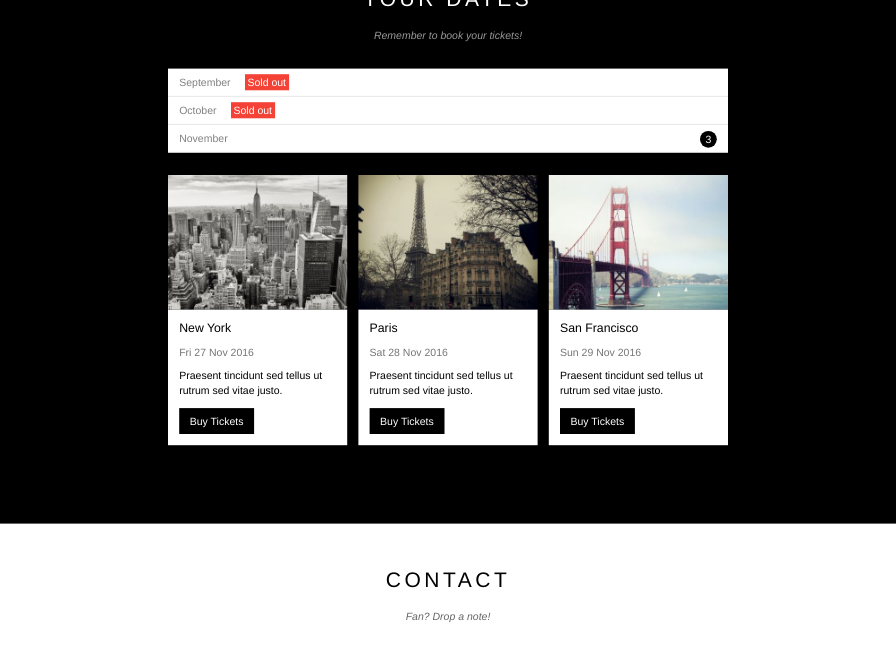
Repository: anhviet-key/hello-cac-ban
Page: HTMS_CSS ZERO 0/index.html
These files come from the project's save history. The page is drawn as it stood at one moment and after the next save; the edit follows.
The browser window is 1280 px wide. The pictures show the part of the page from y = 1440 to 3360 px (the page is 2392 px tall before and 3425 px after), at 70% of full size.

Above is the page before, as saved 2021-10-08 13:19:52.

### HTMS_CSS ZERO 0/index.html
<!DOCTYPE html>
<html lang="en">

<head>
    <meta charset="UTF-8">
    <meta http-equiv="X-UA-Compatible" content="IE=edge">
    <meta name="viewport" content="width=device-width, initial-scale=1.0">
    <title>Document</title>
    <link rel="stylesheet" href="./assets/css/style.css">
    <link rel="stylesheet" href="./assets/icon/themify-icons/themify-icons.css">
</head>

<body>
    <!--TODO: Let`s go-->
    <div id="main">
        <div id="header">
            <ul id="nav">
                <li>
                    <a href="#">Home</a>
                </li>
                <li>
                    <a href="#">Band</a>
                </li>
                <li>
                    <a href="#">Tour</a>
                </li>
                <li>
                    <a href="#">Contact</a>
                </li>
                <li>
                    <a href="#">
                        More
                        <i class="nav-down ti-angle-down"></i>
                    </a>
                    <ul class="subnav">
                        <li>
                            <a href="">Merchandise</a>
                        </li>
                        <li>
                            <a href="">Extras</a>
                        </li>
                        <li>
                            <a href="">Media</a>
                        </li>
                    </ul>
                </li>
            </ul>
            <div class="search-btn">
                <i class="search-icon ti-search"></i>
            </div>
        </div>
        <div id="slider">
            <div class="text-content">
                <h2 class="text-heading">New York</h2>
                <p class="text-decoration">The atmosphere in New York is lorem ipsum.</p>
            </div>
        </div>
        <div id="content">
            <!-- The band -->
            <div class="content-section">
                <h2 class="section-heading">THE BAND</h2>
                <p class="sub-heading">We love music</p>
                <p class="about-text">We have created a fictional band website. Lorem ipsum dolor sit amet, consectetur adipiscing elit, sed do eiusmod tempor incididunt ut labore et dolore magna aliqua. Ut enim ad minim veniam, quis nostrud exercitation ullamco laboris nisi
                    ut aliquip ex ea commodo consequat. Duis aute irure dolor in reprehenderit in voluptate velit esse cillum dolore eu fugiat nulla pariatur. Excepteur sint occaecat cupidatat non proident, sunt in culpa qui officia deserunt mollit anim
                    id est laborum consectetur adipiscing elit, sed do eiusmod tempor incididunt ut labore et dolore magna aliqua. Ut enim ad minim veniam, quis nostrud exercitation ullamco laboris nisi ut aliquip ex ea commodo consequat.</p>
                <div class="member-list">
                    <div class="member-item">
                        <p class="member-name">Name</p>
                        <img src="./assets/img/bandmember.jpg" alt="error" class="member-img">
                    </div>
                    <div class="member-item">
                        <p class="member-name">Name</p>
                        <img src="./assets/img/bandmember.jpg" alt="error" class="member-img">
                    </div>
                    <div class="member-item">
                        <p class="member-name">Name</p>
                        <img src="./assets/img/bandmember.jpg" alt="error" class="member-img">
                    </div>
                    <div class="clear"></div>
                </div>
            </div>
            <!-- Tour -->
            <div class="tour-section">
                <div class="content-section">
                    <h2 class="section-heading">TOUR DATES</h2>
                    <p class="sub-heading">Remember to book your tickets!</p>
                    <!-- Tickit  -->
                    <ul class="ticket-list">
                        <li>September <span class="Sold-out">Sold out</span></li>
                        <li>October <span class="Sold-out">Sold out</span></li>
                        <li>November <span class="quantity">3</span></li>
                    </ul>
                    <!-- Places   -->
                    <div class="place-list">
                        <div class="place-item">
                            <img src="./assets/img/Places/newyork.jpg" alt="newyork" class="place-img">
                            <div class="place-content">
                                <h3 class="place-heading">New York</h3>
                                <p class="place-time">Fri 27 Nov 2016</p>
                                <p class="place-desc">Praesent tincidunt sed tellus ut rutrum sed vitae justo.</p>
                                <a href="#" class="place-buy-btn">Buy Tickets</a>
                            </div>
                        </div>
                        <div class="place-item">
                            <img src="./assets/img/Places/paris.jpg" alt="paris" class="place-img">
                            <div class="place-content">
                                <h3 class="place-heading">Paris</h3>
                                <p class="place-time">Sat 28 Nov 2016</p>
                                <p class="place-desc">Praesent tincidunt sed tellus ut rutrum sed vitae justo.</p>
                                <a href="#" class="place-buy-btn">Buy Tickets</a>
                            </div>
                        </div>
                        <div class="place-item">
                            <img src="./assets/img/Places/sanfran.jpg" alt="sanfran" class="place-img">
                            <div class="place-content">
                                <h3 class="place-heading">San Francisco</h3>
                                <p class="place-time">Sun 29 Nov 2016</p>
                                <p class="place-desc">Praesent tincidunt sed tellus ut rutrum sed vitae justo.</p>
                                <a href="#" class="place-buy-btn">Buy Tickets</a>
                            </div>
                        </div>
                        <div class="clear"></div>
                    </div>

                </div>
            </div>
            <!-- Contact -->
            <div class="content-section">
                <h2 class="section-heading">CONTACT</h2>
                <p class="sub-heading">Fan? Drop a note!</p>
            </div>
        </div>
        <div id="footer">
            <div>

            </div>
        </div>

    </div>
    <div class="model">
        <div class="model-container">
            <div class="model-close">
                <i class="ti-close"></i>
            </div>
            <header class="model-header">
                <i class="ti-bag"></i> Tickets
            </header>
            <div class="model-body">
                <label for="tiket-number" class="model-label">
                    <i class="ti-shopping-cart"></i>
                    Tickets, $15 per person
                </label>
                <input id="tiket-number" class="model-input" placeholder="How many?"></input>

                <label for="tiket-email" class="model-label">
                    <i class="ti-user"></i>
                    Send to
                </label>
                <input id="tiket-email" class="model-input" placeholder="Enter emal..."></input>
                <button id="buy-tickets">
                    Pay
                    <i class="ti-check"></i>
                </button>
            </div>
            <footer class="model-footer">
                <p class="model-help">Need
                    <a href="#">help?</a>
                </p>
            </footer>
        </div>
    </div>
</body>

</html>

### HTMS_CSS ZERO 0/assets/css/style.css
* {
    margin: 0;
    padding: 0;
    box-sizing: border-box;
}

html {
    font-family: helvetica, arial, sans-serif;
}

.clear {
    clear: both;
}

#main {}

#header {
    height: 46px;
    background-color: black;
    position: sticky;
    top: 0;
    left: 0;
    right: 0;
    z-index: 1;
    /* fixed, width: 100%; */
}

#nav {
    display: inline-block;
}

#nav,
.subnav {
    list-style-type: none;
}

#nav>li {
    display: inline-block;
    position: relative;
}

#nav>li>a {
    color: #fff;
    text-transform: uppercase;
}

#nav li a {
    /* color: #fff; */
    text-decoration: none;
    line-height: 46px;
    padding: 0px 24px;
    display: block;
}

#nav>li:hover>a,
#nav .subnav li:hover a {
    color: rgb(12, 11, 11);
    background-color: rgb(115, 122, 126);
}

#nav .subnav {
    display: none;
    position: absolute;
    background-color: #fff;
    box-shadow: 0 0 10px rgba(0, 0, 0, 0.3);
    min-width: 160px;
}

#nav .subnav a {
    color: black;
    padding: 0px 12px;
    line-height: 38px;
}

#header .search-icon {
    color: #fff;
    /* font-size: 25px; */
}

#header .search-btn {
    line-height: 47px;
    float: right;
    padding: 0px 21px;
    cursor: pointer;
}

.search-btn:hover {
    background-color: #f44336;
}

#nav li:hover .subnav {
    display: block;
}

#nav .nav-down {
    font-size: 12px;
}

#slider {
    position: relative;
    padding-top: 50%;
    background: url('/assets/img/slider/chicago.jpg') top center /cover no-repeat;
}

#slider .text-content {
    position: absolute;
    bottom: 38px;
    color: #fff;
    width: 100%;
    text-align: center;
}

#slider .text-heading {
    font-weight: 400;
    font-size: 24px;
}

#slider .text-decoration {
    margin-top: 25px;
}

#content {
    height: 1000px;
    background-color: white;
}

#content .content-section {
    width: 800px;
    margin-left: auto;
    margin-right: auto;
    padding: 64px 0px;
}

#content .section-heading {
    font-weight: 500;
    font-size: 30px;
    text-align: center;
    letter-spacing: 5px;
}

#content .sub-heading {
    font-size: 15px;
    text-align: center;
    margin-top: 25px;
    font-style: italic;
    opacity: 0.6;
}

#content .about-text {
    margin-top: 25px;
    text-align: justify;
    line-height: 1.4;
}

#content .member-list {
    padding: 48px 0px;
}

#content .member-item {
    float: left;
    width: calc(100%/3);
    text-align: center;
}

#content .member-name {
    font-size: 15px;
}

#content .member-img {
    margin-top: 15px;
    width: 154px;
    border-radius: 4px;
}

.tour-section {
    background-color: black;
    color: white;
}

.ticket-list {
    background-color: white;
    color: gray;
    list-style-type: none;
    margin-top: 40px;
}

.ticket-list li {
    font-size: 15px;
    padding: 11px 16px;
    border-bottom: 1px solid #ddd;
}

.ticket-list .Sold-out {
    background-color: #f44336;
    color: white;
    padding: 3px 4px;
    margin-left: 16px;
}

.ticket-list .quantity {
    float: right;
    background-color: black;
    width: 24px;
    height: 24px;
    border-radius: 50%;
    color: white;
    text-align: center;
    line-height: 24px;
    margin-top: -2px;
}

.place-list {
    margin: 32px -8px 48px;
}

.place-item {
    /* padding: 0px 16px; */
    float: left;
    width: calc(100%/3);
    padding: 0px 8px;
}

.place-img:hover {
    opacity: 0.6;
}

.place-img {
    width: 100%;
    display: block;
}

.place-content {
    background-color: white;
    color: black;
    padding: 16px 16px 0px 16px;
    font-size: 15px;
}

.place-heading {
    font-weight: 500;
}

.place-time {
    margin: 15px 0px;
    color: #757575;
}

.place-desc {
    margin: 15px 0px;
    line-height: 1.4;
}

.place-buy-btn {
    padding: 10px 15px;
    background-color: rgb(0, 0, 0);
    text-decoration: none;
    color: #fff;
    display: inline-block;
    margin-bottom: 16px;
}

.place-buy-btn:hover {
    background-color: #ccc;
    color: black;
}

.model {
    position: fixed;
    left: 0;
    right: 0;
    top: 0;
    bottom: 0;
    background-color: rgba(0, 0, 0, 0.4);
    align-items: center;
    justify-content: center;
    display: none;
}

.model.open {
    display: flex;
}

.model-container {
    background-color: #fff;
    width: 900px;
    max-width: calc(100% - 32px);
    /*thu lớn nhỏ và calc(100% - 32px) 32px là khoan trắng 2 bên model 16+16 */
    min-height: 200px;
    position: relative;
}

.ti-bag {
    margin-right: 16px;
}

.model-header {
    font-size: 30px;
    background-color: #009688;
    height: 130px;
    display: flex;
    align-items: center;
    justify-content: center;
    color: #fff;
}

.model-close {
    position: absolute;
    right: 0;
    top: 0;
    color: #fff;
    padding: 12px;
    cursor: pointer;
    opacity: 0.6;
}

.model-close:hover {
    opacity: 1;
}

.model-body {
    padding: 16px;
}

.model-label {
    font-size: 15px;
    display: block;
    margin-bottom: 12px;
}

.model-input {
    border: 1px solid #ccc;
    width: 100%;
    padding: 10px;
    margin-bottom: 24px;
}

#buy-tickets {
    background-color: #009688;
    border: none;
    width: 100%;
    font-size: 15px;
    text-transform: uppercase;
    padding: 18px;
    color: #fff;
    cursor: pointer;
}

#buy-tickets:hover {
    opacity: 0.9;
}

.model-footer {
    padding: 16px;
    text-align: right;
}

.model-footer a {
    /* text-decoration: none; */
    color: blue;
}

# #footer

Loaded but not shown: HTMS_CSS ZERO 0/assets/icon/themify-icons/themify-icons.css (common file)

After the next save:
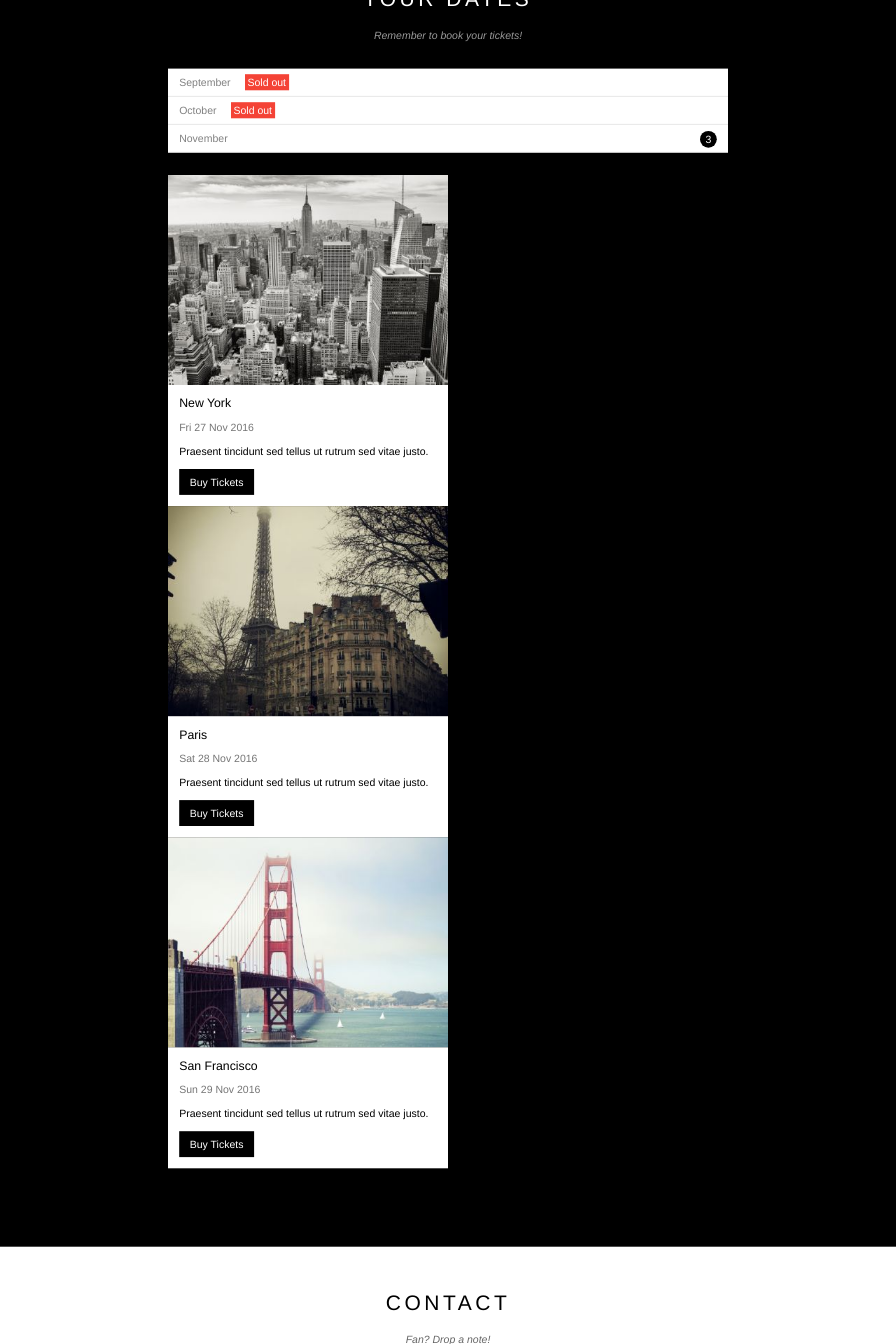
Saved 16 s later.
--- a/HTMS_CSS ZERO 0/assets/css/style.css
+++ b/HTMS_CSS ZERO 0/assets/css/style.css
@@ -216,7 +216,7 @@
 .place-item {
     /* padding: 0px 16px; */
     float: left;
-    width: calc(100%/3);
+    /* width: calc(100%/3); */
     padding: 0px 8px;
 }
 

After the save that followed:
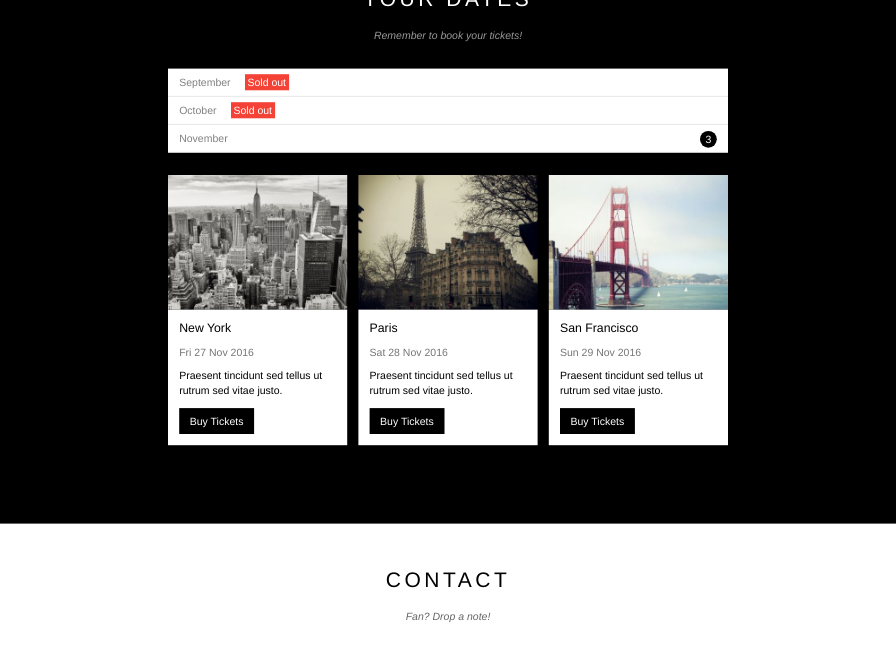
Saved 6 s later.
--- a/HTMS_CSS ZERO 0/assets/css/style.css
+++ b/HTMS_CSS ZERO 0/assets/css/style.css
@@ -216,7 +216,7 @@
 .place-item {
     /* padding: 0px 16px; */
     float: left;
-    /* width: calc(100%/3); */
+    width: calc(100%/3);
     padding: 0px 8px;
 }
 
